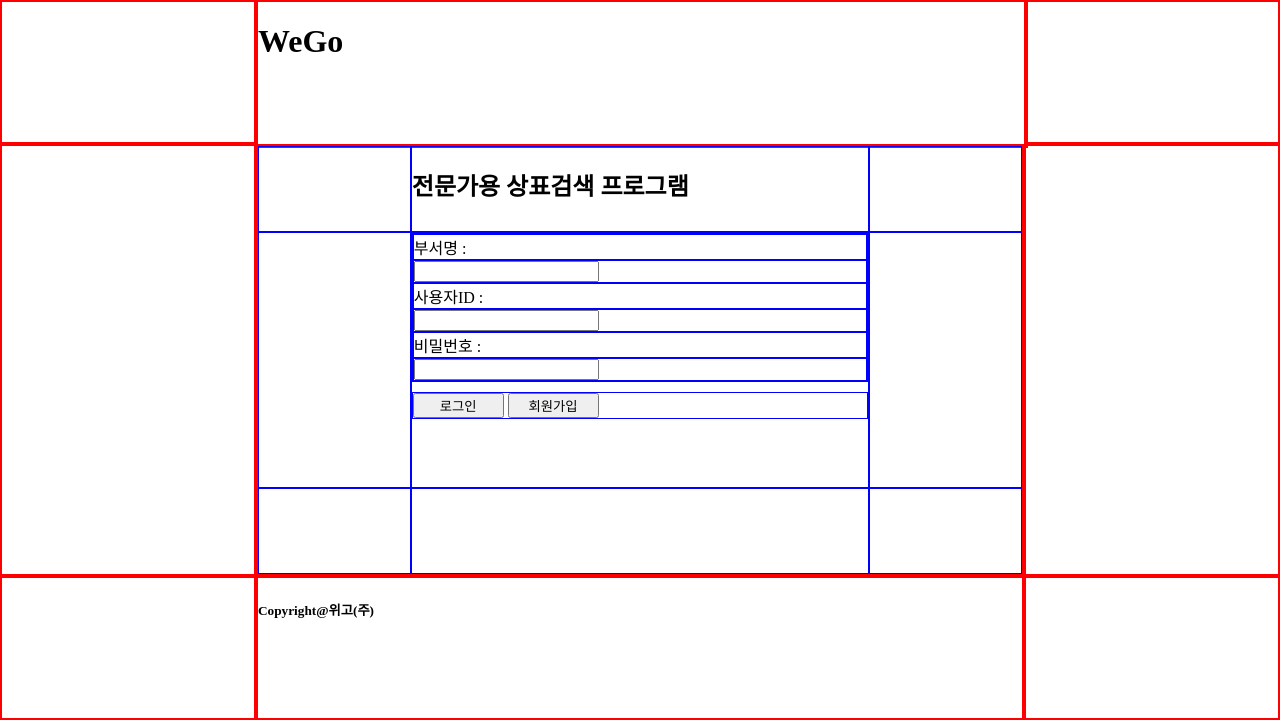
Repository: hamuse/wego1
Page: http://localhost/teamW1/facade.do
An editor plug-in stored every save of this project. The page is shown before and after the next save, followed by the edit.
The browser window is 1280 px wide. The pictures show the whole page.
Some web libraries are served in a nearby version. The page is served by Tomcat 9.

Above is the page before, as saved 2019-10-07 11:32:24.

After the next save:
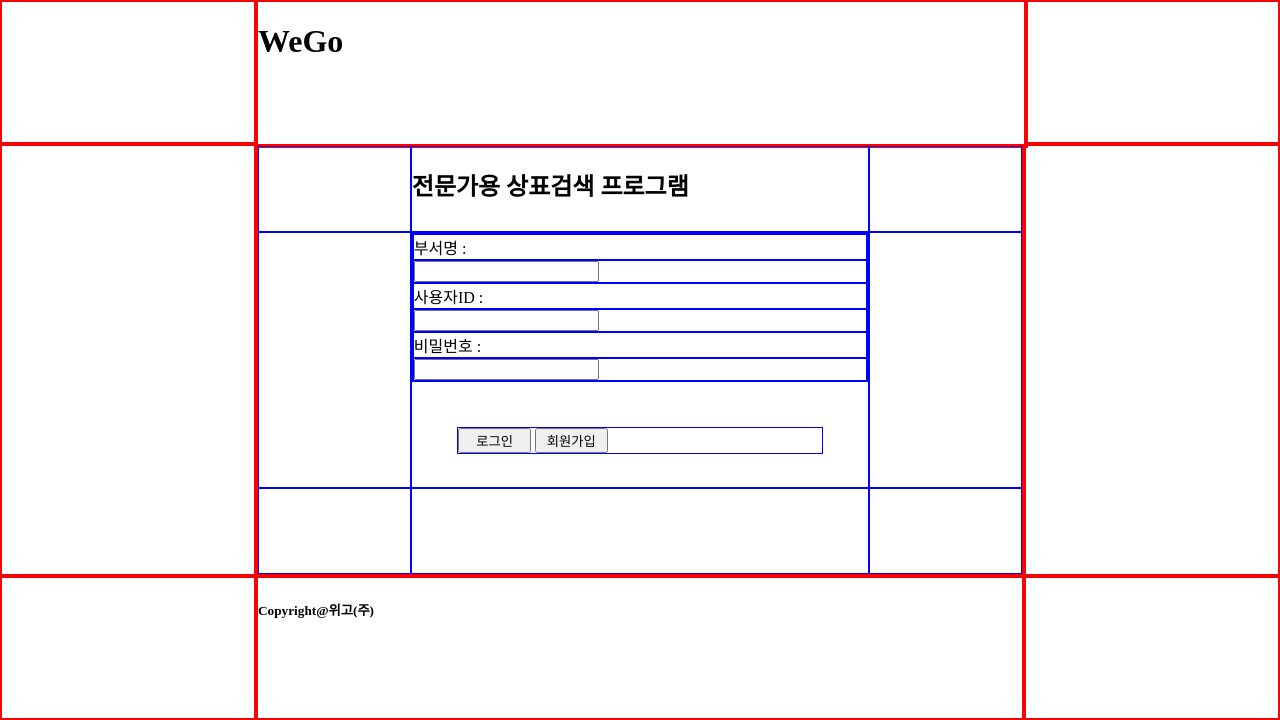
Saved 6 s later.
--- a/teamW1/WebContent/resources/css/style.css
+++ b/teamW1/WebContent/resources/css/style.css
@@ -47,7 +47,7 @@ html, body{
 	grid-template-rows: 33% 34% 33%;
 	grid-template-columns: 50% 50%;
 }
-#input_item{margin: 10px auto;}
+#input_item{margin: 10% ;}
 #wego{width: 100%;height: 100%;}
 #login_btn{width: 20%; height: 20%}
 #join_btn{width: 20%; height: 20%}
